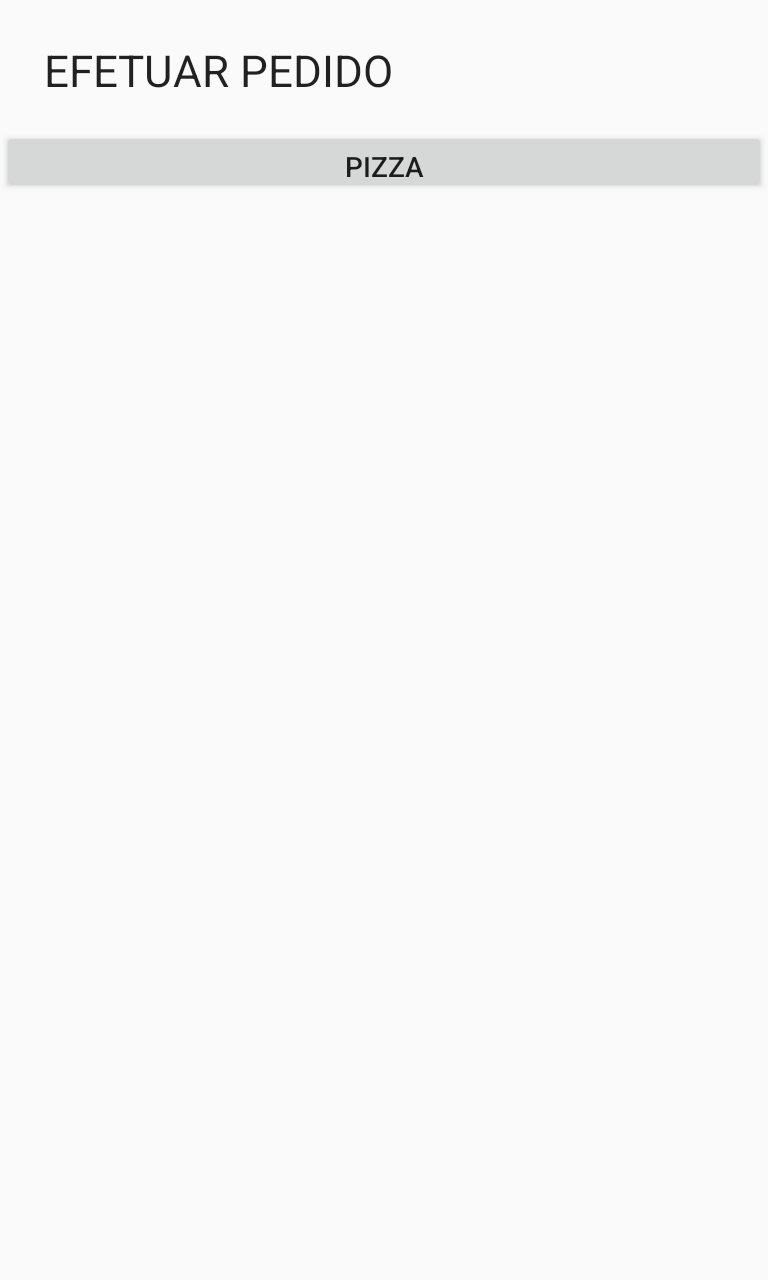
Repository: LucasSampaio/SysPizza-PSI
Layout: CodigoFonte/MOBILE/SysPizza/res/layout/activity_efetuar_pedidos.xml
These files come from the project's save history. The layout is drawn as it stood at one moment and after the next save; the edit follows.
It is drawn on a 768 x 1280 px phone screen (xhdpi) without system bars, with theme AppTheme; the app's code is not run.

Above is the layout before, as saved 2014-09-25 13:22:23.

### CodigoFonte/MOBILE/SysPizza/res/layout/activity_efetuar_pedidos.xml
<?xml version="1.0" encoding="utf-8"?>
<RelativeLayout xmlns:android="http://schemas.android.com/apk/res/android"
    android:layout_width="match_parent"
    android:layout_height="match_parent" >

    <TextView
        android:id="@+id/textView1"
        android:layout_width="wrap_content"
        android:layout_height="wrap_content"
        android:layout_alignParentLeft="true"
        android:layout_alignParentTop="true"
        android:layout_marginLeft="22dp"
        android:layout_marginTop="20dp"
        android:text="EFETUAR PEDIDO"
        android:textAppearance="?android:attr/textAppearanceLarge" />

    <Button
        android:id="@+id/button1"
        android:layout_width="fill_parent"
        android:layout_height="35dp"
        android:layout_below="@+id/textView1"
        android:layout_centerHorizontal="true"
        android:layout_marginTop="14dp"
        android:text="Pizza" />

</RelativeLayout>

Loaded but not shown: CodigoFonte/MOBILE/SysPizza/res/values/styles.xml (common file); CodigoFonte/MOBILE/SysPizza/res/values-v11/styles.xml (common file); CodigoFonte/MOBILE/SysPizza/res/values-v14/styles.xml (common file)

After the next save:
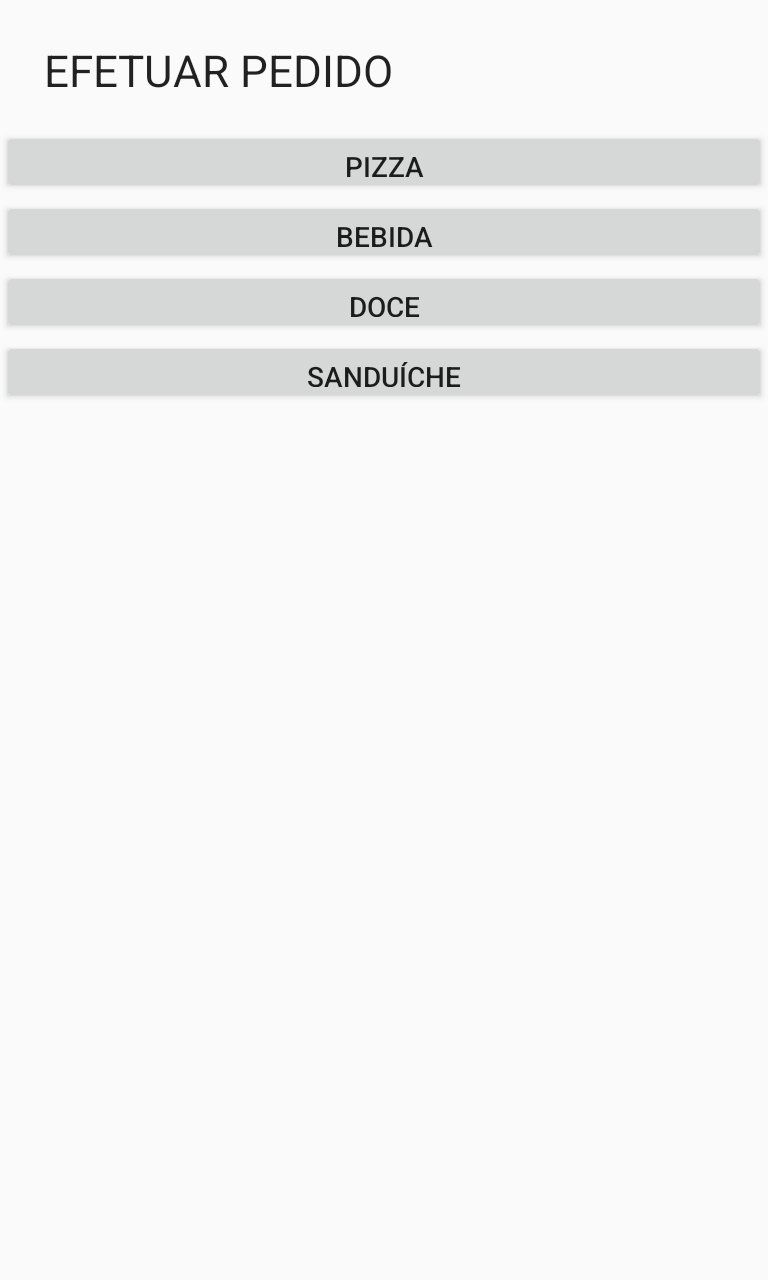
Saved 52 s later.
--- a/CodigoFonte/MOBILE/SysPizza/res/layout/activity_efetuar_pedidos.xml
+++ b/CodigoFonte/MOBILE/SysPizza/res/layout/activity_efetuar_pedidos.xml
@@ -23,4 +23,28 @@
         android:layout_marginTop="14dp"
         android:text="Pizza" />
 
+    <Button
+        android:id="@+id/Button01"
+        android:layout_width="fill_parent"
+        android:layout_height="35dp"
+        android:layout_alignParentLeft="true"
+        android:layout_below="@+id/button1"
+        android:text="Bebida" />
+
+    <Button
+        android:id="@+id/Button02"
+        android:layout_width="fill_parent"
+        android:layout_height="35dp"
+        android:layout_alignParentLeft="true"
+        android:layout_below="@+id/Button01"
+        android:text="Doce" />
+
+    <Button
+        android:id="@+id/Button03"
+        android:layout_width="fill_parent"
+        android:layout_height="35dp"
+        android:layout_alignParentLeft="true"
+        android:layout_below="@+id/Button02"
+        android:text="Sanduíche" />
+
 </RelativeLayout>
